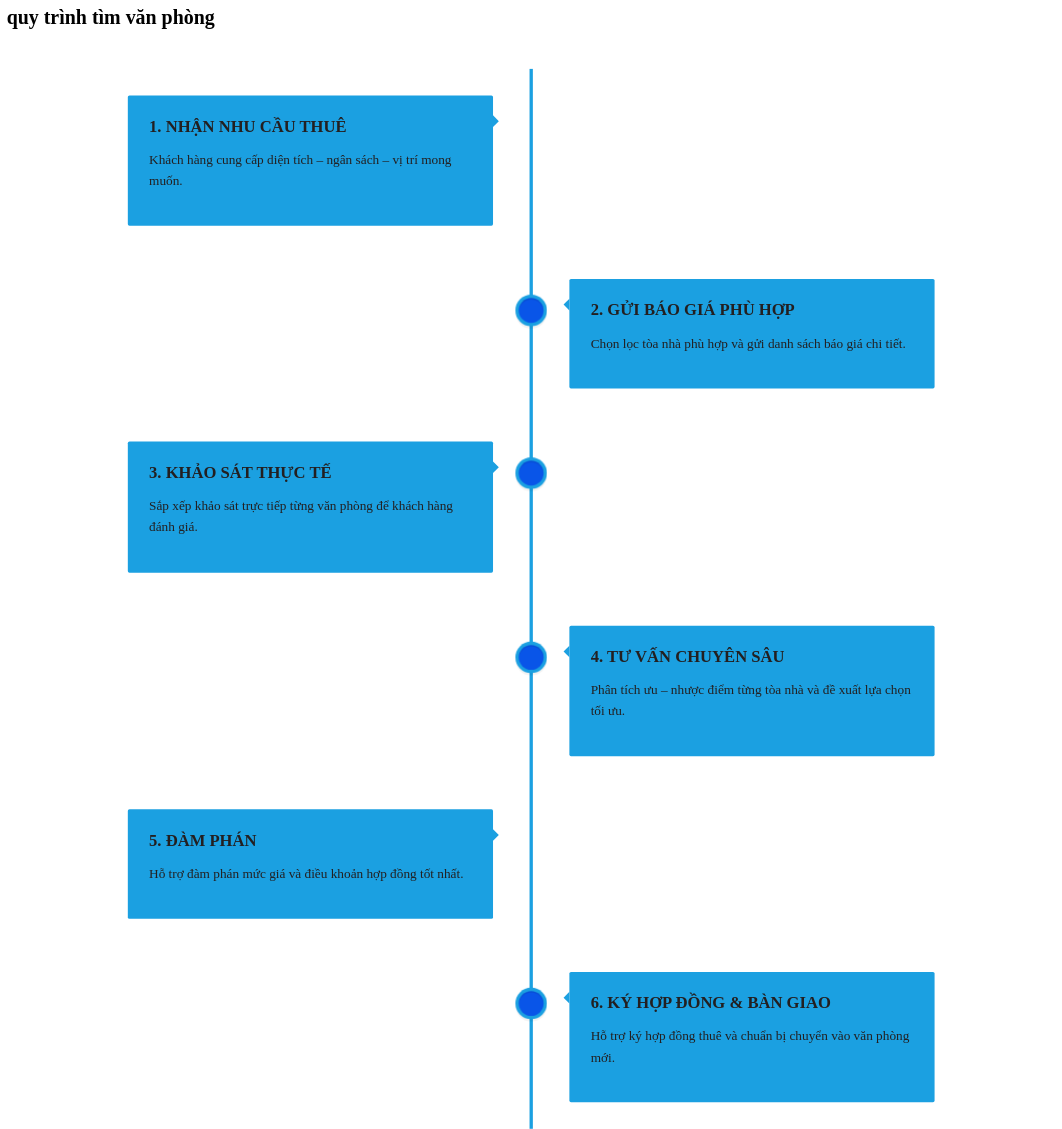
Repository: lannguyen1301/anphuholdings-main
Page: partials/home/quy-trinh-tim-van-phong-2.html
These files come from the project's save history. The page is drawn as it stood at one moment and after the next save; the edit follows.
The browser window is 1280 px wide. The pictures show the whole page, at 83% of full size.

Above is the page before, as saved 2026-01-03 09:14:58.

After the next save:
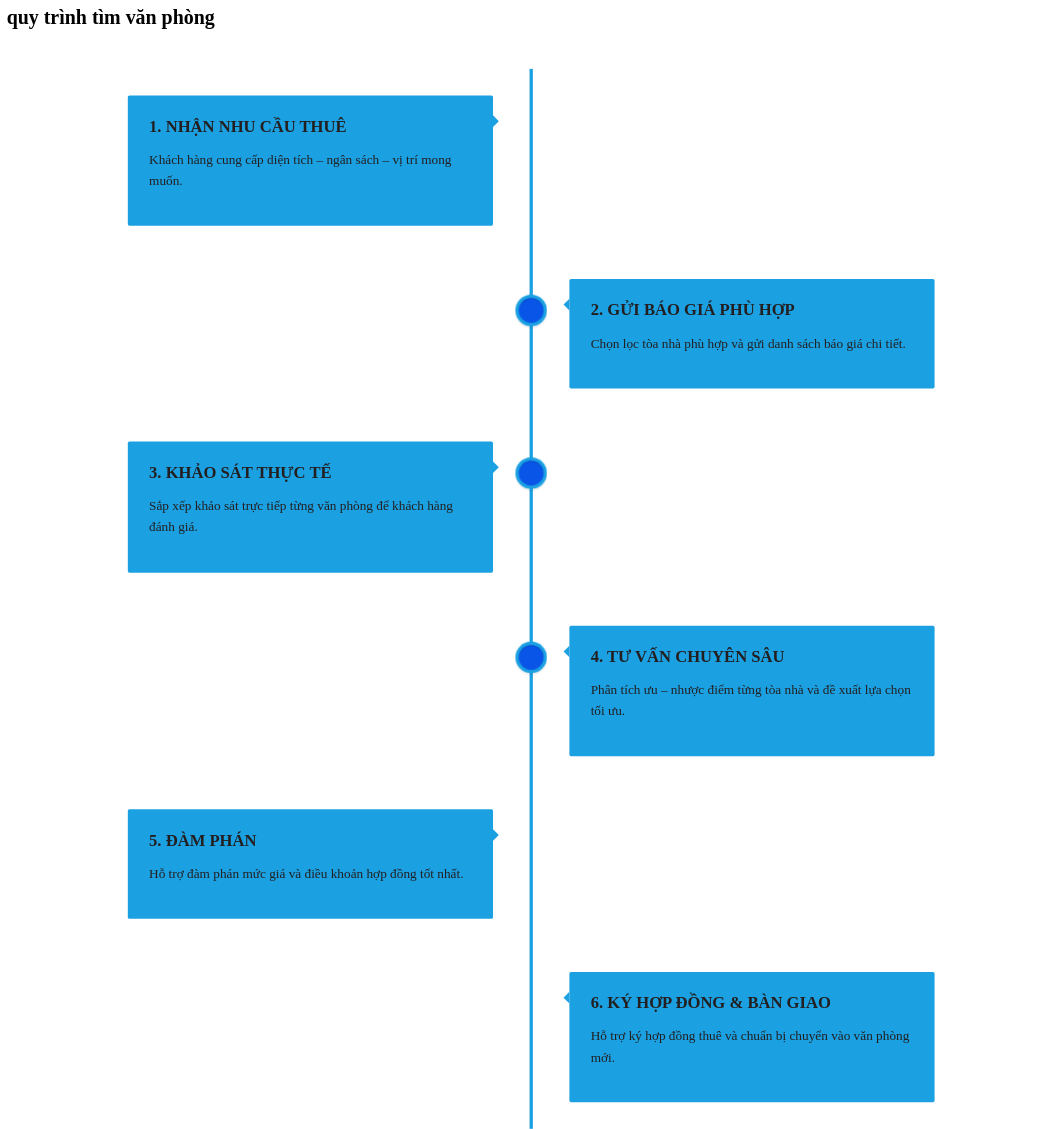
Saved 5 s later.
--- a/partials/home/quy-trinh-tim-van-phong-2.html
+++ b/partials/home/quy-trinh-tim-van-phong-2.html
@@ -343,9 +343,6 @@ Main components
     </div> <!-- cd-timeline-block -->
 
     <div data-aos="fade-up" data-aos-delay="300" class="cd-timeline-block">
-        <div class="cd-timeline-img cd-movie">
-        </div> <!-- cd-timeline-img -->
-
         <div class="cd-timeline-content">
             <h3 class="">6. Ký hợp đồng & bàn giao</h3>
             <p class="">Hỗ trợ ký hợp đồng thuê và chuẩn bị chuyển vào văn phòng mới.</p>
